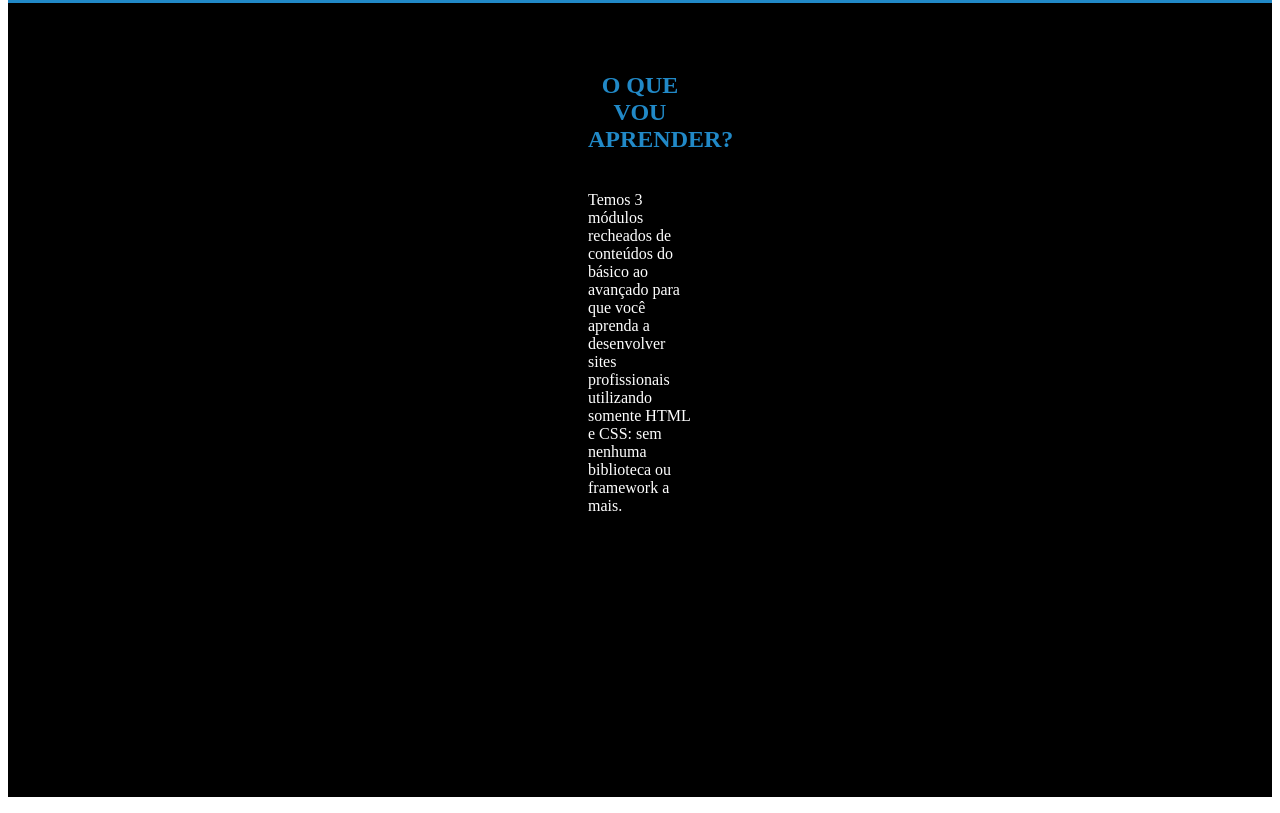
Repository: gustavotwist/trilha-css-desafio-01
Page: index.html
The author's editor kept a copy of each file at every save. The page is drawn from the files as they stood at one save, then again after the next save.
The browser window is 1280 px wide. The pictures show the part of the page from y = 449 to 1262 px (the page is 2127 px tall before and 2055 px after).
A picture or video elsewhere on the page could not be fetched, so the positions and the page height are approximate.

Above is the page before, as saved 2024-07-15 18:44:58.

After the next save:
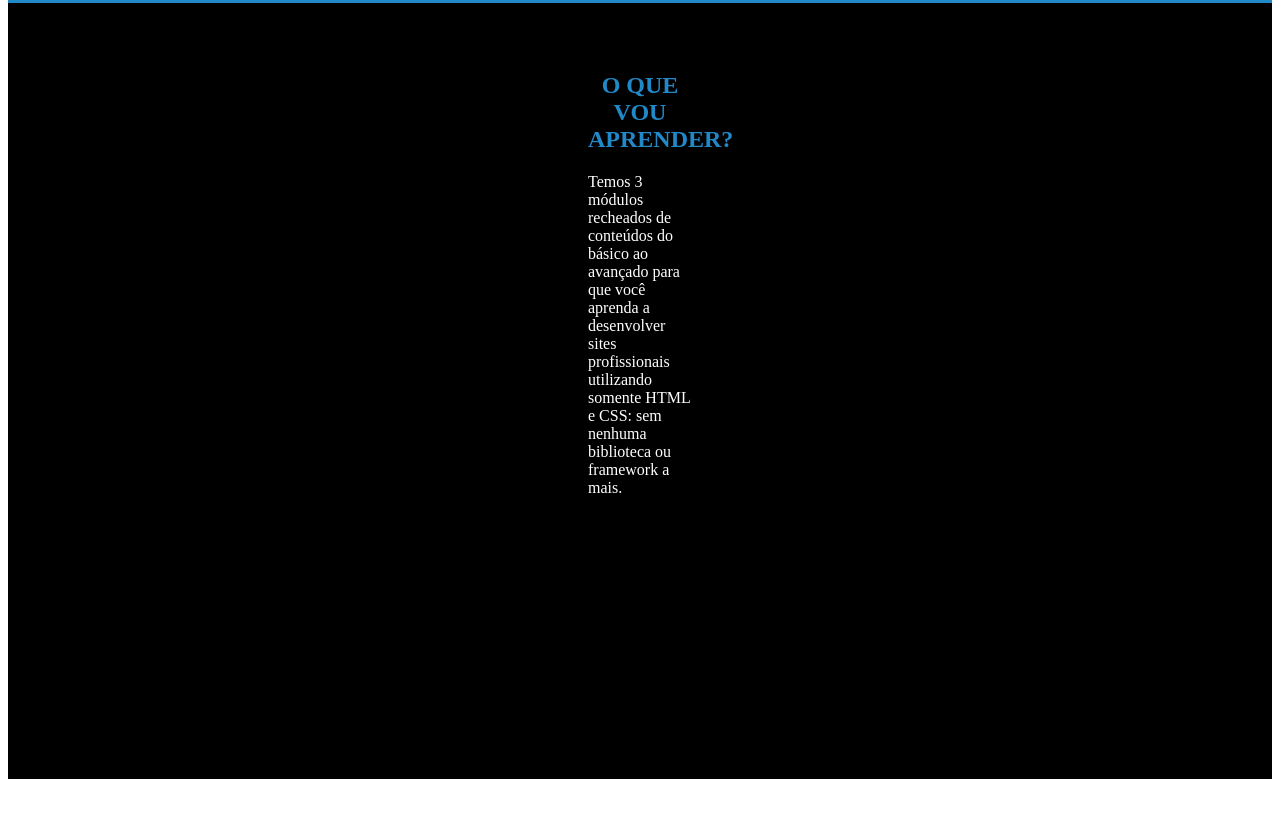
Saved 15 s later.
--- a/global.css
+++ b/global.css
@@ -39,7 +39,7 @@ button {
 
 section p{
     color: white;
-    white-space:pre-line;
+
     text-align:left;
 }
 
